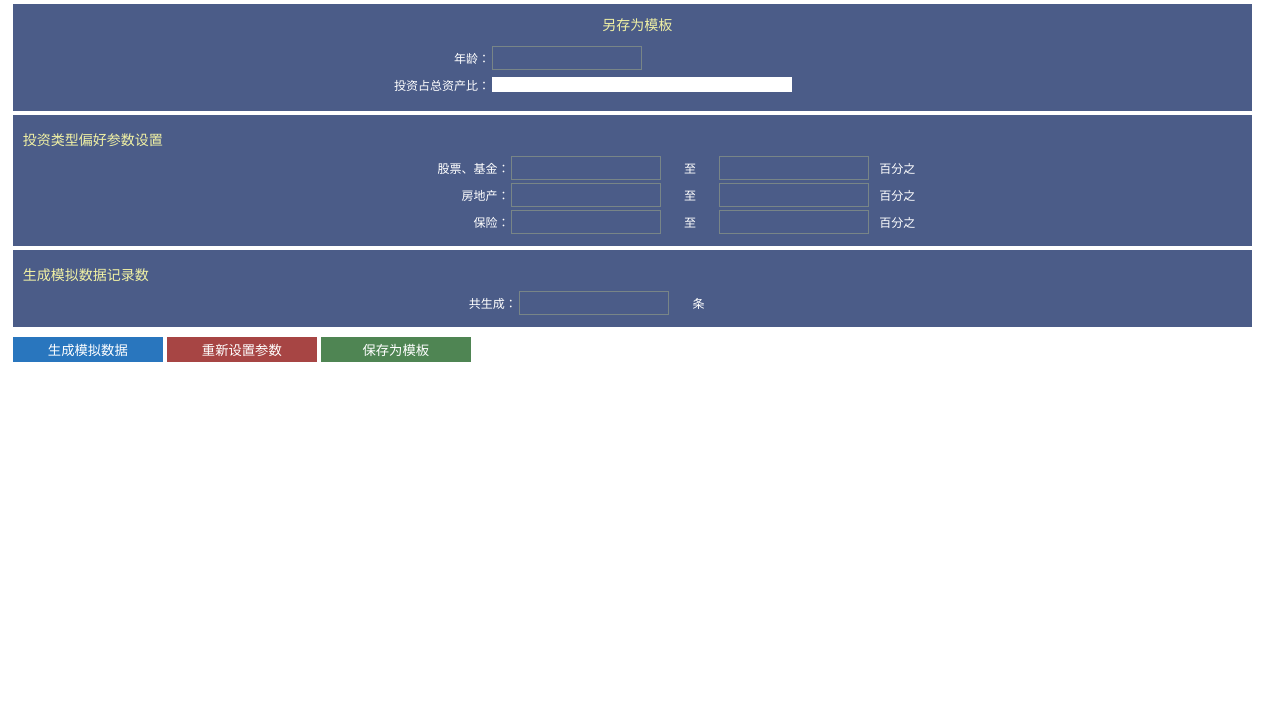
Repository: trieyouth/BigData
Page: http://localhost/BigData/WEB-INF/views/invesr-client-perference-analyse-system/data-collect/saveAsTemplate.jsp
An editor plug-in stored every save of this project. The page is shown before and after the next save, followed by the edit.
The browser window is 1280 px wide. The pictures show the whole page.
The page is served by Tomcat 9. Nobody is signed in. The template is opened directly, without the code that normally fills it, so the values that code supplies are empty.

Above is the page before, as saved 2016-03-13 03:36:55.

After the next save:
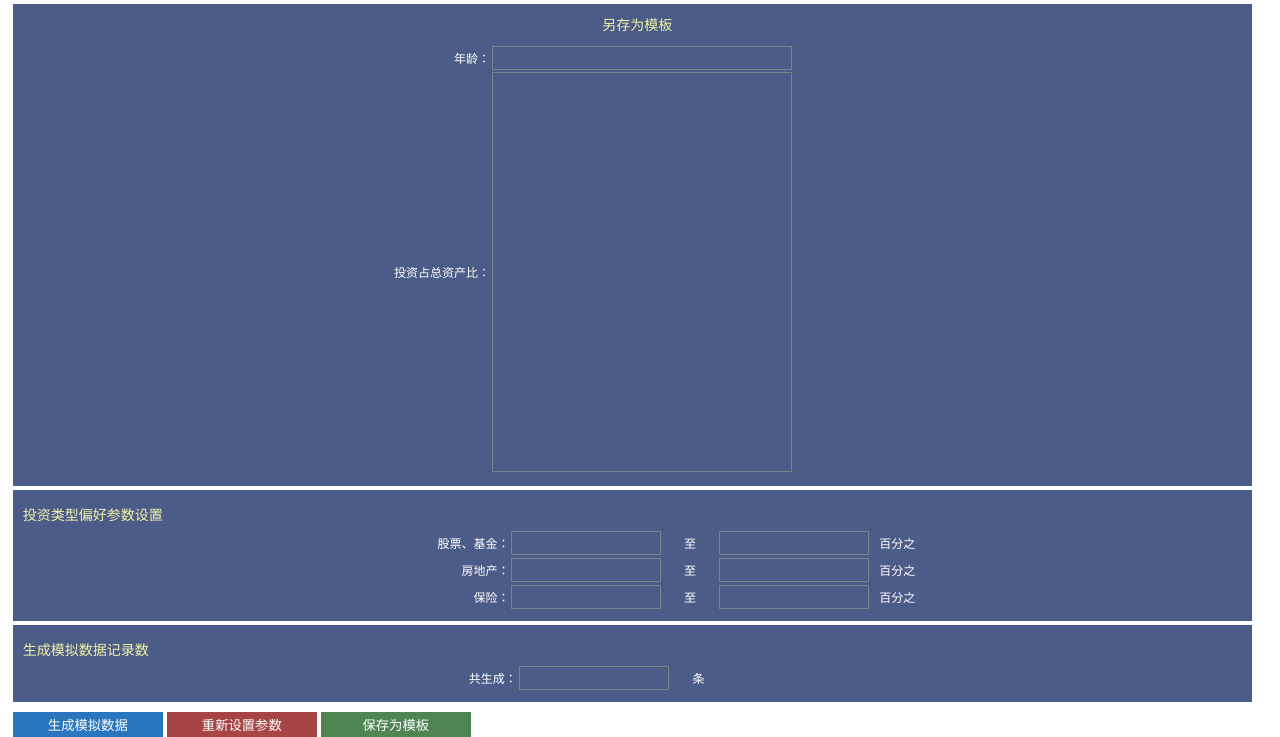
Saved 47 s later.
--- a/BigData/WebRoot/WEB-INF/views/invesr-client-perference-analyse-system/data-collect/saveAsTemplate.jsp
+++ b/BigData/WebRoot/WEB-INF/views/invesr-client-perference-analyse-system/data-collect/saveAsTemplate.jsp
@@ -48,12 +48,12 @@ String basePath = request.getScheme()+"://"+request.getServerName()+":"+request.
       <tr>
         <td width="30%"  height="25"  style="text-align:right" ><label id="labelbody" > 年龄： </label></td>
         <td width="70%"  height="25"  ><label id="labelbody" >
-            <input  type="text" id="inputwidth"  width="300px" name="minAge" >  </label></td>
+            <input  type="text" id="inputwidth" style="width:300px;" name="minAge" >  </label></td>
       </tr>
       <tr>
         <td width="30%"  height="25"  style="text-align:right" ><label id="labelbody" > 投资占总资产比： </label></td>
         <td width="70%"  height="25"  ><label id="labelbody" >
-            <input  type="text"  style="width:300px;" name="minInvestAssetRate" > </label></td>
+            <input  type="text" id="inputwidth" style="width:300px;height:400px;" name="minInvestAssetRate" > </label></td>
       </tr>
       <tr>
         <td colspan="2"></td>
